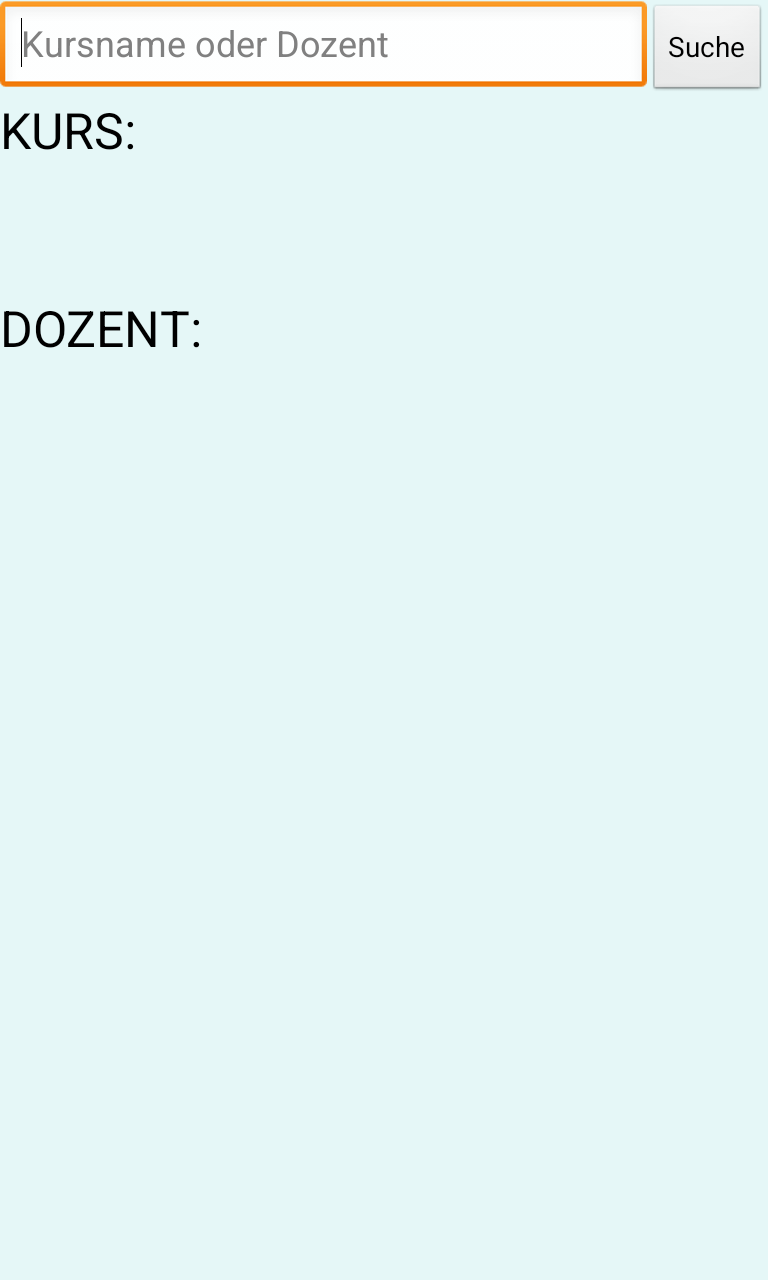
Repository: georgleber/IliConnect
Layout: IliConnect/res/layout/suche_layout.xml
An editor plug-in stored every save of this project. The layout is shown before and after the next save, followed by the edit.
It is drawn on a 768 x 1280 px phone screen (xhdpi) without system bars, with theme AppTheme; the app's code is not run. Lists and similar views that code fills are empty.

Above is the layout before, as saved 2012-12-18 22:42:11.

After the next save:
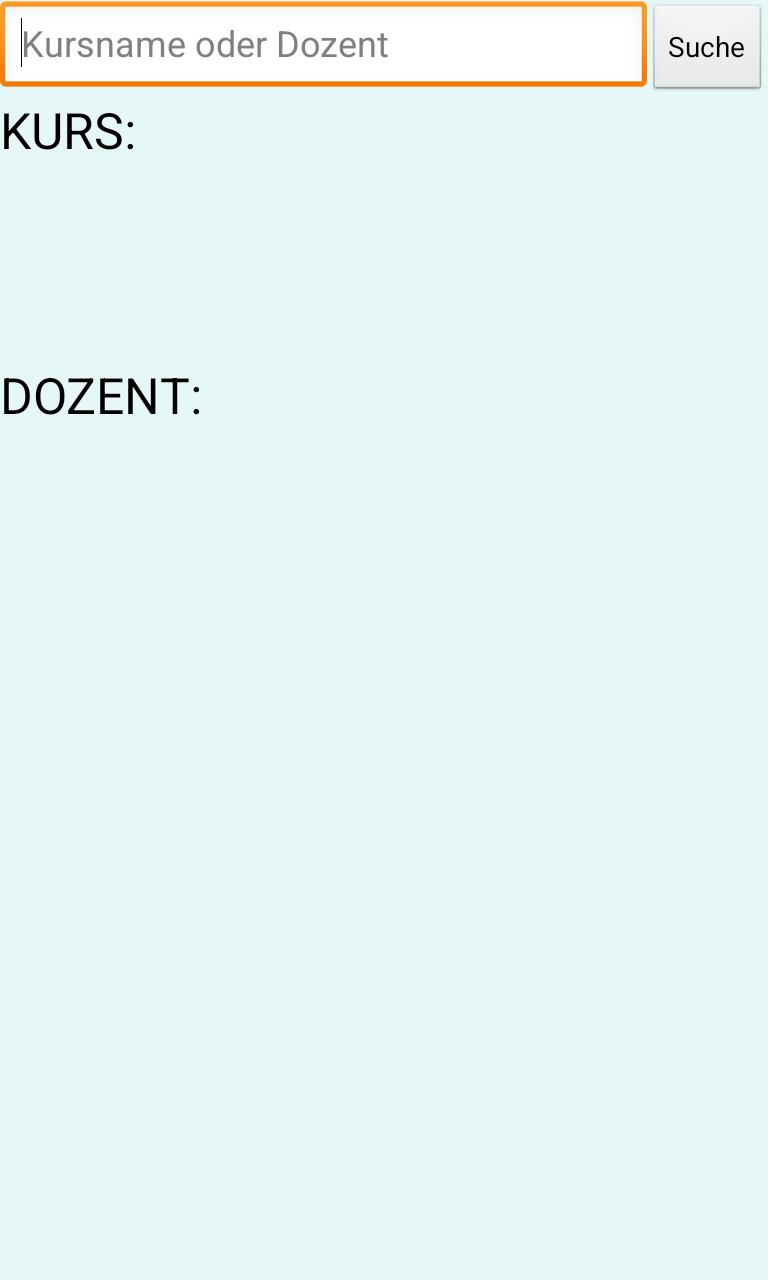
Saved 3 min 26 s later.
--- a/IliConnect/res/layout/suche_layout.xml
+++ b/IliConnect/res/layout/suche_layout.xml
@@ -28,15 +28,16 @@
             android:text="@string/searching_button" />
     </LinearLayout>
 
-    <RelativeLayout
+    <LinearLayout
         android:layout_width="match_parent"
-        android:layout_height="150dp" >
+        android:layout_height="wrap_content"
+        android:orientation="vertical" >
 
         <LinearLayout
             android:layout_width="wrap_content"
             android:layout_height="wrap_content"
-            android:orientation="vertical"
-            android:layout_weight="1"  >
+            android:layout_weight="1"
+            android:orientation="vertical" >
 
             <TextView
                 android:id="@+id/kurs_label"
@@ -51,16 +52,15 @@
                 style="@style/ListView"
                 android:layout_width="fill_parent"
                 android:layout_height="fill_parent"
-                android:layout_weight="0.5" >
+                >
             </ListView>
-
         </LinearLayout>
 
         <LinearLayout
             android:layout_width="wrap_content"
             android:layout_height="wrap_content"
-            android:orientation="vertical"
-            android:layout_weight="1"  >
+            android:layout_weight="1"
+            android:orientation="vertical" >
 
             <TextView
                 android:id="@+id/dozent_suche_label"
@@ -76,10 +76,10 @@
                 style="@style/ListView"
                 android:layout_width="fill_parent"
                 android:layout_height="fill_parent"
-                android:layout_weight="1" >
+                 >
             </ListView>
+        </LinearLayout>
 
-        </LinearLayout>
-    </RelativeLayout>
+    </LinearLayout>
 
 </LinearLayout>
